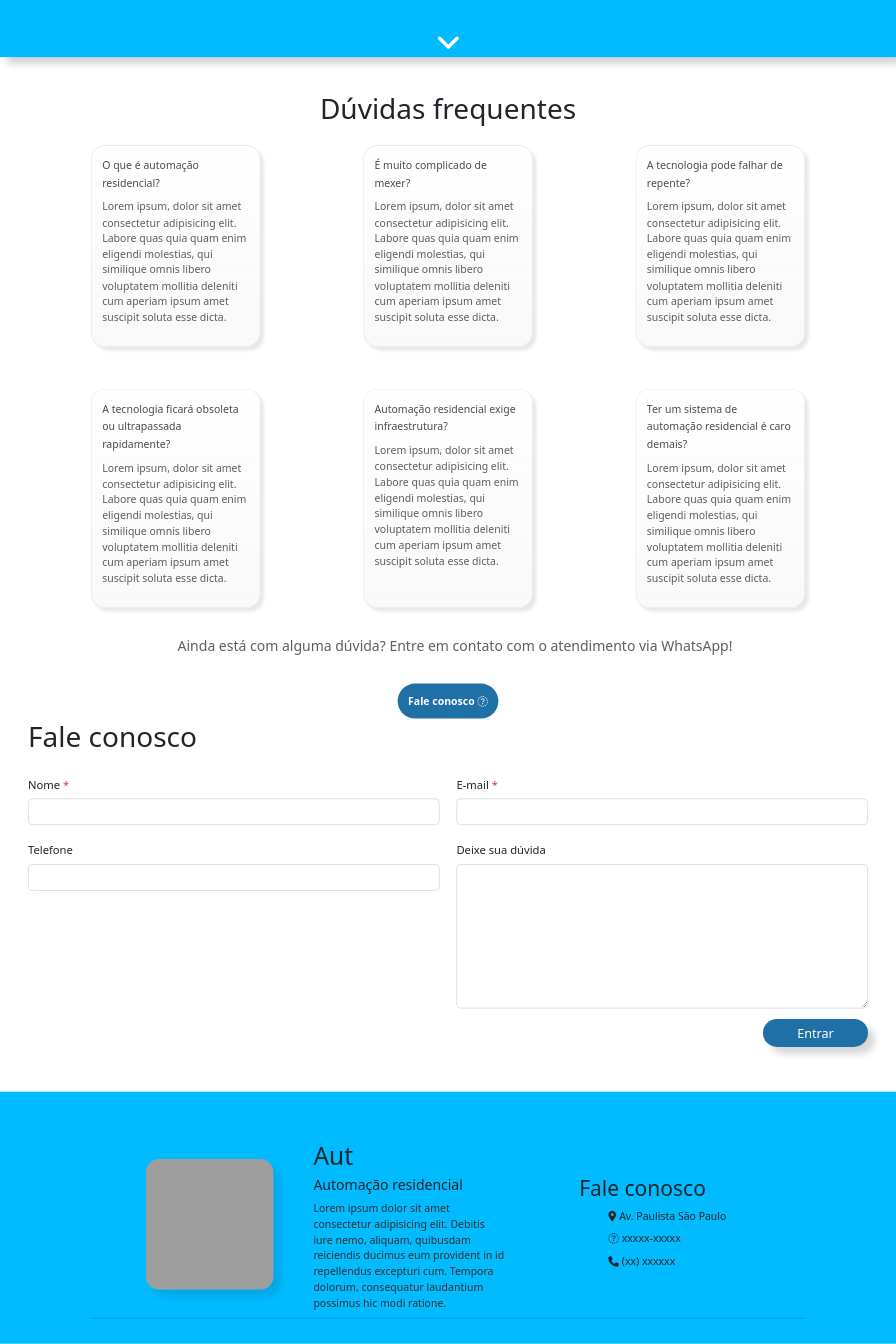
Repository: BulleST/SouHi_Institucional
Page: home.html
These files come from the project's save history. The page is drawn as it stood at one moment and after the next save; the edit follows.
The browser window is 1280 px wide. The pictures show the part of the page from y = 1601 to 3521 px (the page is 3521 px tall before and 3449 px after), at 70% of full size.
Pictures or frames that could not be fetched are drawn as grey boxes.

Above is the page before, as saved 2022-10-27 17:26:47.

After the next save:
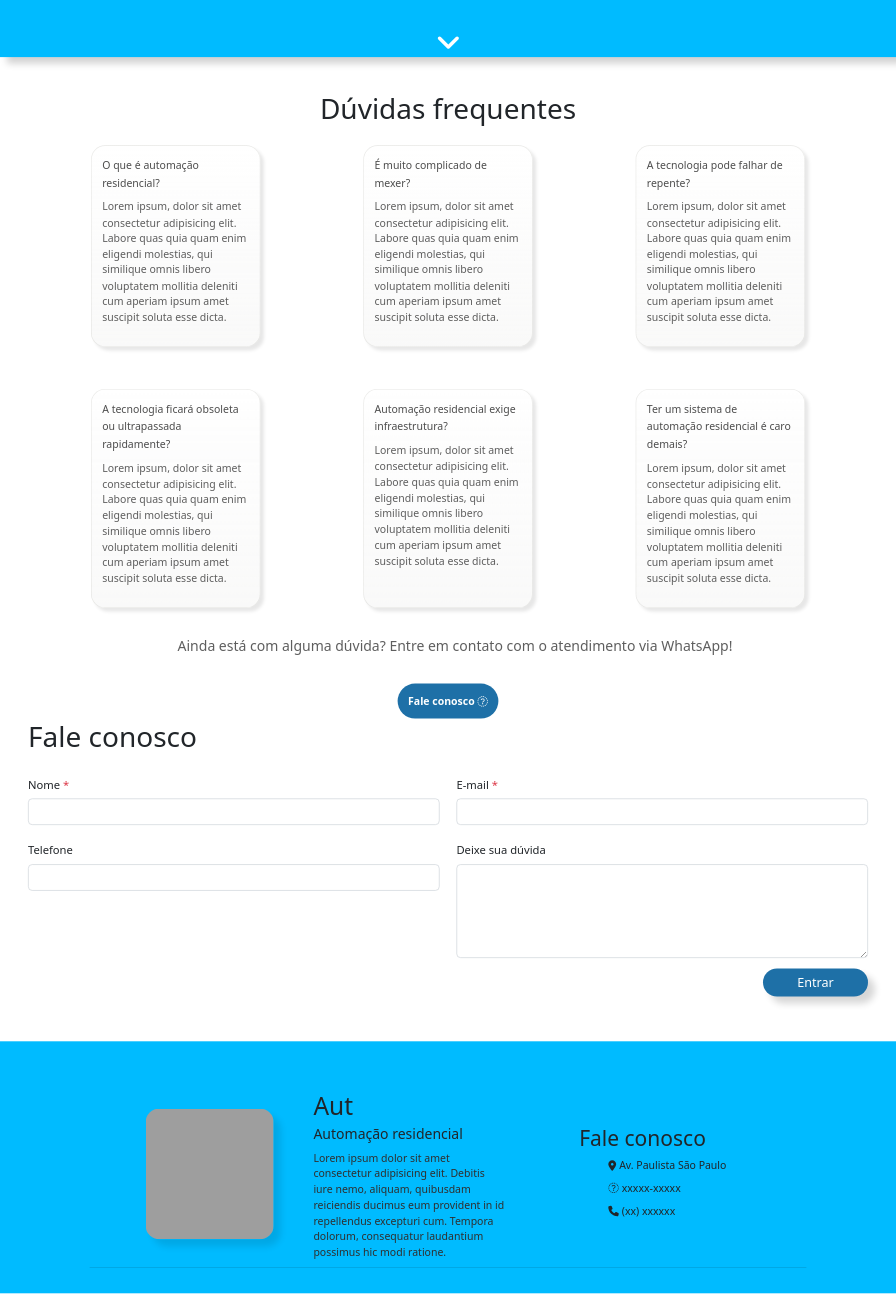
Saved 17 s later.
--- a/home.html
+++ b/home.html
@@ -343,7 +343,7 @@
         </div>
         <div action="" class="form-group mt-4 col-6">
           <label for="" class="form-label">Deixe sua dúvida</label>
-          <textarea type="textarea" class="form-control"  cols="120" rows="8" ></textarea>
+          <textarea type="textarea" class="form-control"  cols="120" rows="5" ></textarea>
         </div>
       </div>
         <div class="form-group d-flex justify-content-end ">
